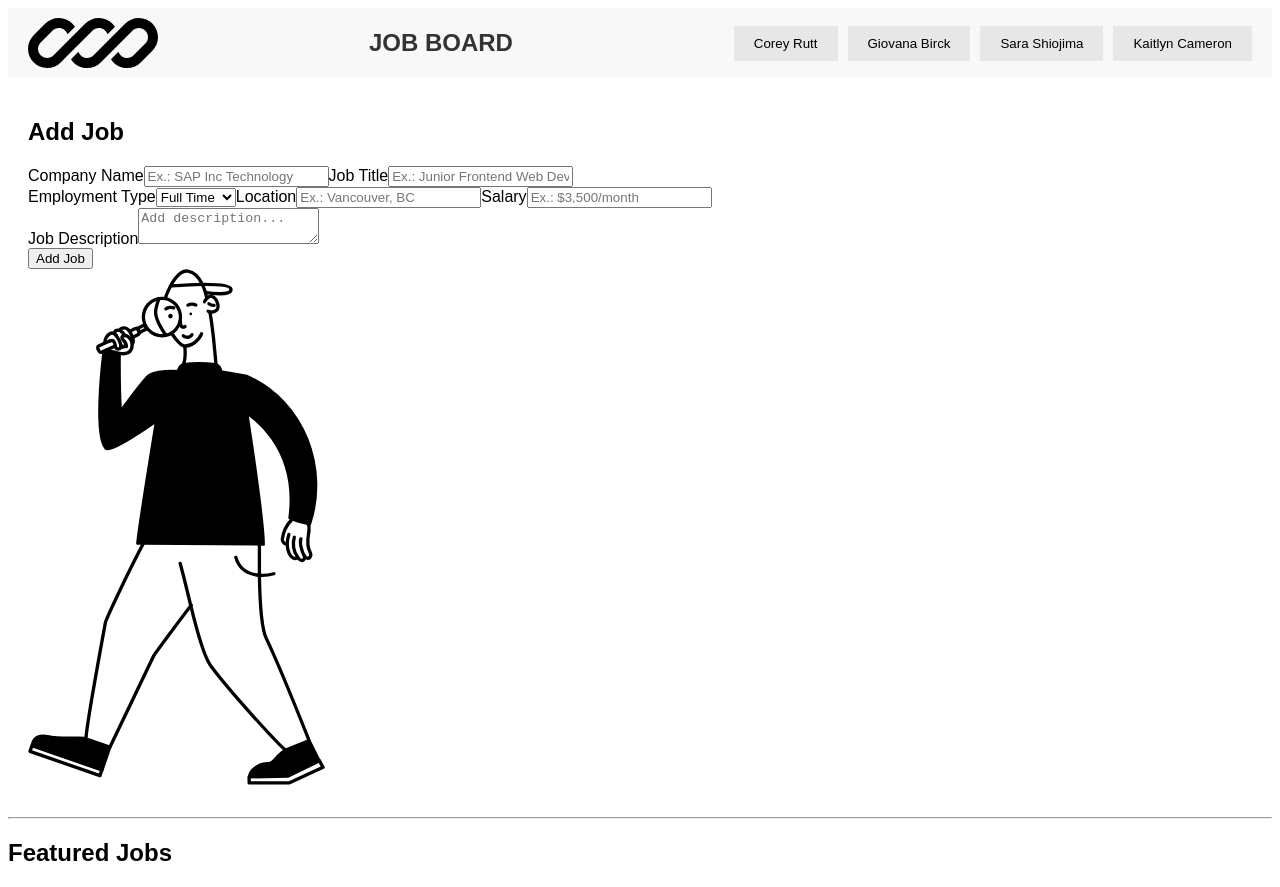
Repository: kcameron37/Final-Project-FrontEnd
Page: /
An editor plug-in stored every save of this project. The page is shown before and after the next save, followed by the edit.
The browser window is 1280 px wide. The pictures show the whole page.
The project was rebuilt for these pictures with package versions that can differ from the ones it lists, and the page was loaded fresh each time.

Above is the page before, as saved 2023-11-14 20:03:54.

### src/App.js
import React, { useState } from 'react';

import styles from './styles.css';

import JobList from './components/JobList.js';
import AddJob from './components/AddJob.js';
import NavBar from './components/NavBar.js';


export default function App() {
  const [jobs, setJobs] = useState([]);

  const addJob = (job) => {
    setJobs([...jobs, job]);
  };

  const deleteJob = (index) => {
    const newJobs = jobs.filter((_, idx) => idx !== index);
    setJobs(newJobs);
  };

  return (
    <div className="App">
      <NavBar />
      <AddJob addJob={addJob} />
      <JobList jobs={jobs} deleteJob={deleteJob} />
    </div>
  );
}

### src/styles.css
.App {
  font-family: 'Rubik', sans-serif;
}

### src/components/JobList.js
import React from 'react';

export default function JobList({ jobs, deleteJob }) {
  return (
    <div>
      <hr />
      <h2>Featured Jobs</h2>
      {
        jobs.map((job, index) => (
          <div key={index} className="job-item">
            <h3>{job.jobTitle}</h3>
            <button onClick={() => console.log('Make Edit Do Something')}>Edit</button>
            <button onClick={() => deleteJob(index)}>Delete</button>
            <p>{job.companyName} • {job.employment} • {job.location} • {job.salary}</p>
            <p>{job.description}</p>
            <hr />
          </div>
        ))
      }
    </div>
  );
}

### src/components/AddJob.js
import React, { useState } from 'react';
import styles from './addJob.module.css';


export default function AddJob({ addJob }) {

    const [job, setJob] = useState({
        companyName: '',
        jobTitle: '',
        employment: 'Full Time',
        location: '',
        salary: '',
        description: ''
    });

    const handleSubmit = (e) => {
        e.preventDefault();
        addJob(job);
        setJob({ companyName: '', jobTitle: '', employment: 'Full Time', location: '', salary: '', description: '' });
    }

    const handleChange = (e) => {
        setJob({ ...job, [e.target.name]: e.target.value });
    };

    return (
        <form onSubmit={handleSubmit} className={styles.formContainer}>
            <h2>Add Job</h2>
            <div>
                <label>Company Name</label>
                <input
                    type="text"
                    name="companyName"
                    value={job.companyName}
                    onChange={handleChange}
                    placeholder="Ex.: SAP Inc Technology"
                />

                <label>Job Title</label>
                <input
                    type="text"
                    name="jobTitle"
                    value={job.jobTitle}
                    onChange={handleChange}
                    placeholder="Ex.: Junior Frontend Web Developer"
                />
            </div>

            <div>
                <label>Employment Type</label>
                <select name="employment" value={job.employment} onChange={handleChange}>
                    <option value="Full Time">Full Time</option>
                    <option value="Part Time">Part Time</option>
                </select>

                <label>Location</label>
                <input
                    type="text"
                    name="location"
                    value={job.location}
                    onChange={handleChange}
                    placeholder="Ex.: Vancouver, BC"
                />

                <label>Salary</label>
                <input
                    type="text"
                    name="salary"
                    value={job.salary}
                    onChange={handleChange}
                    placeholder="Ex.: $3,500/month"
                />
            </div>

            <div>
                <label>Job Description</label>
                <textarea
                    name="description"
                    value={job.description}
                    onChange={handleChange}
                    placeholder="Add description..."
                />
            </div>
            <button type="submit">Add Job</button>

            <div>
                <img src="/images/man.svg" alt="Logo" />
            </div>
        </form>
    );
}

### src/components/NavBar.js
import React from 'react';
import styles from './navBar.module.css';

export default function NavBar() {
    return (
        <div className={styles.navBar}>
            <img src="/images/logo.svg" alt="Logo" />
            <h2>JOB BOARD</h2>
            <div>
                <button>Corey Rutt</button>
                <button>Giovana Birck</button>
                <button>Sara Shiojima</button>
                <button>Kaitlyn Cameron</button>
            </div>
        </div>
    );
}

### src/components/addJob.module.css
.formContainer {
    max-width: 100vw;
    margin: 0 auto;
    padding: 20px;
    font-family: 'Rubik', sans-serif;
}

### src/components/navBar.module.css
.navBar {
    background-color: #f8f8f8;
    padding: 10px 20px;
    display: flex;
    align-items: center;
    justify-content: space-between;
  }

  .navBar img {
    height: 50px;
  }

  .navBar h2 {
    margin: 0;
    padding: 0;
    font-size: 24px;
    color: #333;
  }

  .navBar button {
    background-color: #e7e7e7;
    border: none;
    padding: 10px 20px;
    margin-left: 10px;
    cursor: pointer;
    transition: background-color 0.3s;
  }

  .navBar button:hover {
    background-color: #d7d7d7;
  }

Loaded but not shown: public/index.html (common file); src/index.js (common file)

After the next save:
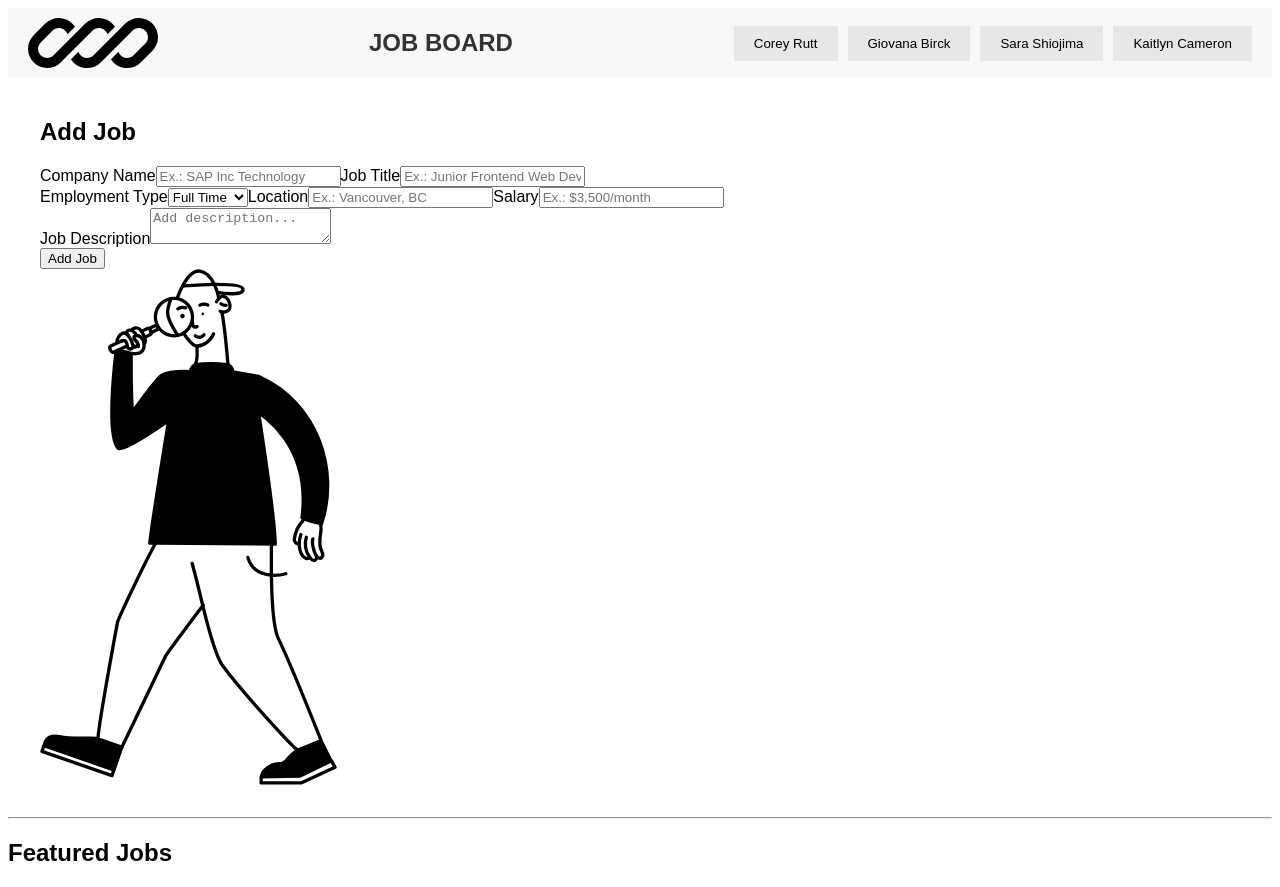
Saved 102 s later.
--- a/src/components/addJob.module.css
+++ b/src/components/addJob.module.css
@@ -1,6 +1,5 @@
 .formContainer {
-    max-width: 100vw;
-    margin: 0 auto;
-    padding: 20px;
-    font-family: 'Rubik', sans-serif;
+    max-width: 1200px; /* Adjust as per your layout's width */
+  margin: 0 auto;
+  padding: 20px;
 }

After the save that followed:
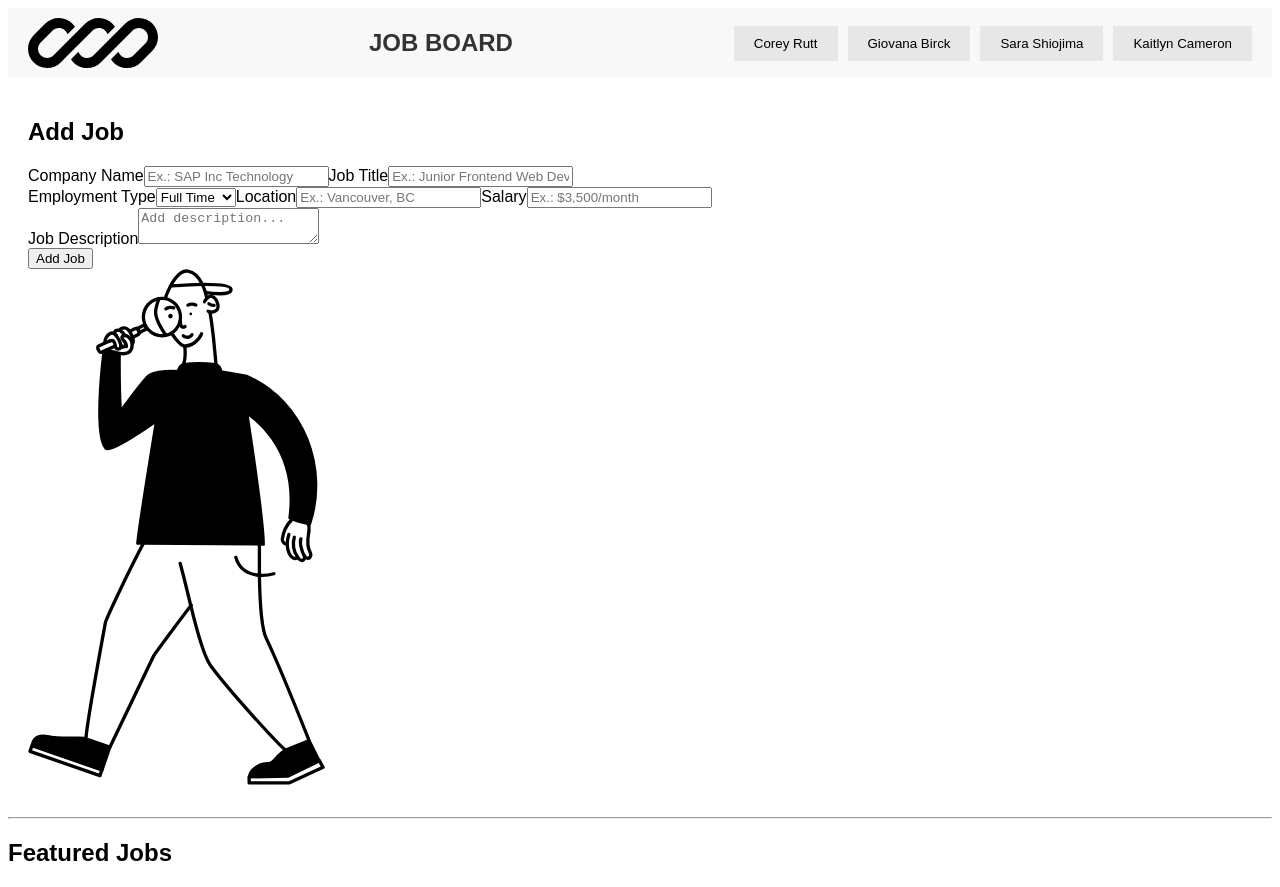
Saved 11 s later.
--- a/src/components/addJob.module.css
+++ b/src/components/addJob.module.css
@@ -1,5 +1,6 @@
 .formContainer {
-    max-width: 1200px; /* Adjust as per your layout's width */
-  margin: 0 auto;
-  padding: 20px;
+    max-width: 100vw;
+    margin: 0 auto;
+    padding: 20px;
+    font-family: 'Rubik', sans-serif; /* Assuming you've imported the Rubik font as mentioned earlier */
 }
